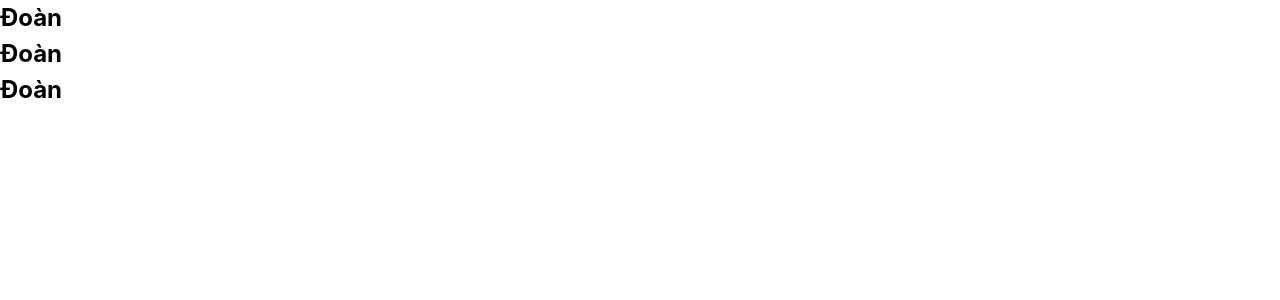
Repository: ledoanmk43/Demo_typescript
Page: /
The author's editor kept a copy of each file at every save. The page is drawn from the files as they stood at one save, then again after the next save.
The browser window is 1280 px wide. The pictures show the whole page.
The project was rebuilt for these pictures with package versions that can differ from the ones it lists, and the page was loaded fresh each time.

Above is the page before, as saved 2022-03-07 11:38:40.

### src/App.tsx
import React from "react";

import "./App.css";
import Greeting from "./components/Greeting";

function App() {
  const Name = {
    firstName: "Đoàn",
    lastName: "Lê",
  };

  const nameList = [
    {
      firstName: "Đoàn",
      lastName: "Lê",
    },
    {
      firstName: "Đoàn",
      lastName: "Lê",
    },
    {
      firstName: "Đoàn",
      lastName: "Lê",
    },
  ];
  return (
    <div className="App">
      <Greeting nameProps={nameList} />
    </div>
  );
}

export default App;

### src/App.css
*,
*::before,
*::after {
  box-sizing: border-box;
}
* {
  margin: 0;
}

html,
body {
  height: 100%;
}
body {
  line-height: 1.5;
  -webkit-font-smoothing: antialiased;
  -webkit-tap-highlight-color: rgba(0, 0, 0, 0);
}

img,
picture,
video,
canvas,
svg {
  display: block;
  max-width: 100%;
}
input,
button,
textarea,
select {
  font: inherit;
  outline: none;
  border: none;
}
p,
h1,
h2,
h3,
h4,
h5,
h6 {
  overflow-wrap: break-word;
}

### src/components/Greeting.tsx
import React from "react";

// type GreetingProps = {
//   nameProps: string;
// };

type GreetingProps = {
  nameProps: {
    firstName: string;
    lastName: string;
  }[];
};

const Greeting = (props: GreetingProps) => {
  return (
    <div>
      {props.nameProps.map((prop) => (
        <h2>{prop.firstName}</h2>
      ))}
    </div>
  );
};

export default Greeting;

Loaded but not shown: public/index.html (common file); src/index.tsx (common file); src/index.css (common file); src/reportWebVitals.ts (common file)

After the next save:
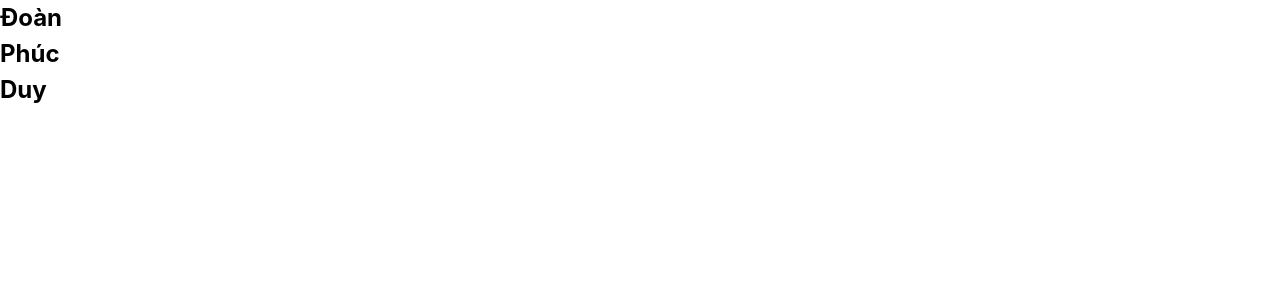
Saved 18 s later.
--- a/src/App.tsx
+++ b/src/App.tsx
@@ -15,11 +15,11 @@ function App() {
       lastName: "Lê",
     },
     {
-      firstName: "Đoàn",
+      firstName: "Phúc",
       lastName: "Lê",
     },
     {
-      firstName: "Đoàn",
+      firstName: "Duy",
       lastName: "Lê",
     },
   ];
